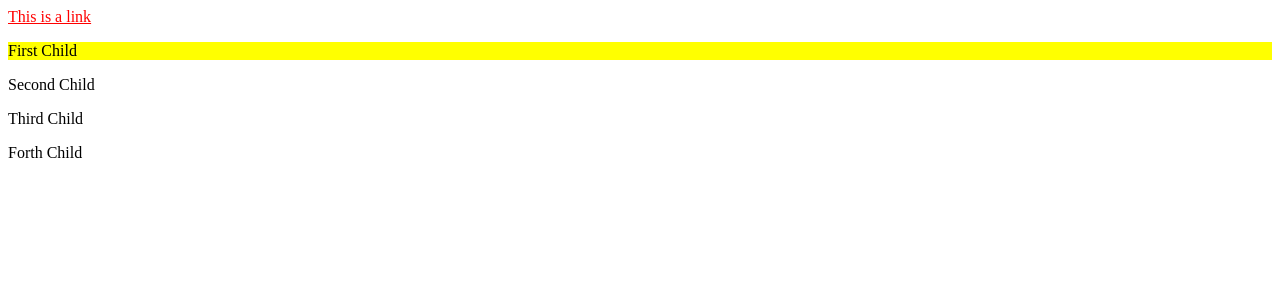
Repository: Seonhanbit/dev
Page: work_frontend/CSSEx/WebContent/02selector/02.pseudo.html
These files come from the project's save history. The page is drawn as it stood at one moment and after the next save; the edit follows.
The browser window is 1280 px wide. The pictures show the whole page.

Above is the page before, as saved 2019-08-27 02:18:25.

### work_frontend/CSSEx/WebContent/02selector/02.pseudo.html
<!DOCTYPE html PUBLIC "-//W3C//DTD HTML 4.01 Transitional//EN" "http://www.w3.org/TR/html4/loose.dtd">
<html>
<head>
<meta http-equiv="Content-Type" content="text/html; charset=UTF-8">
<title>Insert title here</title>
<style type="text/css">
a:link {color:#FF0000;}    /* unvisited link */
a:visited {color:#00FF00;} /* visited link */
a:hover {color:#FF00FF;}   /* mouse over link */
a:active {color:#0000FF;}  /* selected link */

p:first-child {
	background: #ffff00;
}
</style>
</head>

<body>
<div>
<a href="default.asp" target="_blank">This is a link</a>
</div>
<div>
	<p>First Child</p>
	<p>Second Child</p>
	<p>Third Child</p>
	<p>Forth Child</p>
</div>
</body>
</html>

After the next save:
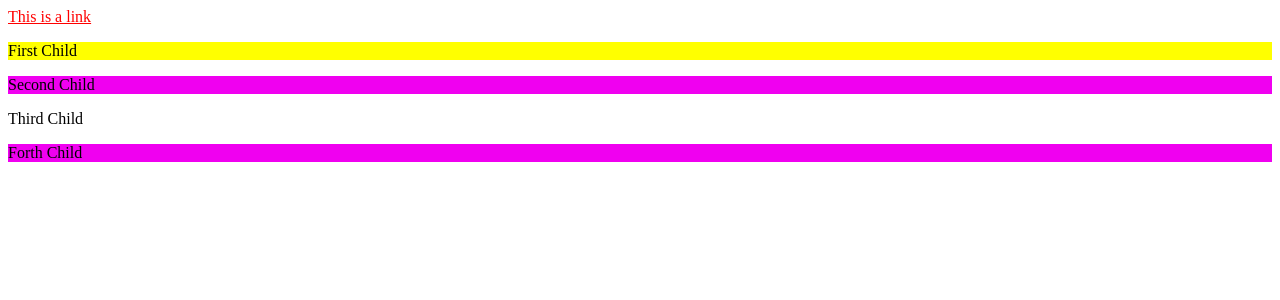
Saved 33 s later.
--- a/work_frontend/CSSEx/WebContent/02selector/02.pseudo.html
+++ b/work_frontend/CSSEx/WebContent/02selector/02.pseudo.html
@@ -11,6 +11,9 @@ a:active {color:#0000FF;}  /* selected link */
 
 p:first-child {
 	background: #ffff00;
+}
+p:nth-child(2n) {
+	background: #f000f0;
 }
 </style>
 </head>
